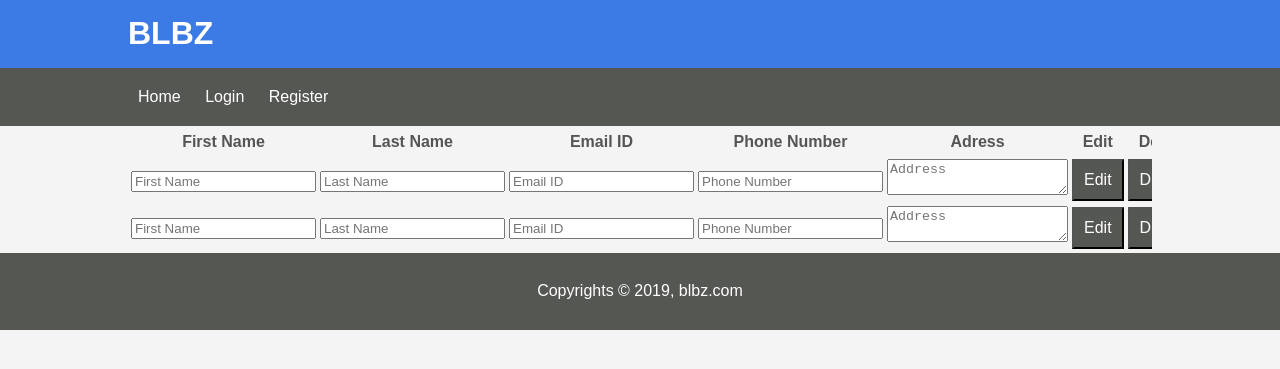
Repository: Kutty39/WebApps
Page: http://localhost/WebPageApp1/editpage.jsp
The author's editor kept a copy of each file at every save. The page is drawn from the files as they stood at one save, then again after the next save.
The browser window is 1280 px wide. The pictures show the whole page.
The page is served by Tomcat 9. Other server files are loaded and not shown.

Above is the page before, as saved 2019-12-09 13:49:06.

### LoginRegistrationPage/WebPageApp1/src/main/webapp/editpage.jsp
<%@ page language="java" contentType="text/html; charset=UTF-8"
pageEncoding="UTF-8"%>
<!DOCTYPE html>
<html>
<head>
<title>My Page</title>
<link href="CSS/mycss.css" rel="stylesheet" type="text/css">
<script
	src="https://ajax.googleapis.com/ajax/libs/jquery/3.4.1/jquery.min.js"></script>
<script src="JS/myjs.js"></script>
</head>
<body>
	<header class="head">
		<div class="container">
			<h1>BLBZ</h1>
		</div>
	</header>
	<nav class="nav-bar">
		<div class="container">
			<ul>
				<li><a class="button home">Home</a></li>
				<li><a class="button login">Login</a></li>
				<li><a class="button register">Register</a></li>
				<li><a class="button data" hidden>Date Tab</a></li>
				<li><a class="button userprof" hidden>User Profile</a></li>
				<li><a class="button logout" hidden>Log Out</a></li>
			</ul>
		</div>
	</nav>
	<section class="main">
		<div id="ajx" class="container">
			<table class="credtbl">
				<tr>
					<th>First Name</th>
					<th>Last Name</th>
					<th>Email ID</th>
					<th>Phone Number</th>
					<th>Adress</th>
					<th>Edit</th>
					<th>Delete</th>
				</tr>
				<tr>
					<td><input class="tr-1 td-1" type="text" name="fname"
						placeholder="First Name" required="required"></td>
					<td><input class="tr-1 td-2" type="text" name="lname"
						required="required" placeholder="Last Name"></td>
					<td>
						<p class="hd-lbl eid" hidden>*Mandatory field</p> <input
						class="tr-1 td-3" type="text" id="eid" name="eid"
						required="required" placeholder="Email ID">
					</td>
					<td>
						<p class="hd-lbl phn" hidden>*Mandatory field</p> <input
						class="tr-1 td-4" type="text" name="phn" required="required"
						placeholder="Phone Number">
					</td>
					<td><textarea class="tr-1 td-5" name="adrs"
							required="required" placeholder="Address"></textarea></td>
					<td><input class="tr-1 td-6 button" type="submit" value="Edit"></td>
					<td><input class="button tr-1 td-7" type="submit"
						value="Delete"></td>
				</tr>
				<tr>
					<td><input class="tr-1 td-1" type="text" name="fname"
						placeholder="First Name" required="required"></td>
					<td><input class="tr-1 td-2" type="text" name="lname"
						required="required" placeholder="Last Name"></td>
					<td>
						<p class="hd-lbl eid" hidden>*Mandatory field</p> <input
						class="tr-1 td-3" type="text" id="eid" name="eid"
						required="required" placeholder="Email ID">
					</td>
					<td>
						<p class="hd-lbl phn" hidden>*Mandatory field</p> <input
						class="tr-1 td-4" type="text" name="phn" required="required"
						placeholder="Phone Number">
					</td>
					<td><textarea class="tr-1 td-5" name="adrs"
							required="required" placeholder="Address"></textarea></td>
					<td><input class="tr-1 td-6 button" type="submit" value="Edit"></td>
					<td><input class="button tr-1 td-7" type="submit"
						value="Delete"></td>
				</tr>
			</table>
		</div>
	</section>
	<footer>
		<div class="container">Copyrights &copy; 2019, blbz.com</div>
	</footer>
</body>
</html>

### LoginRegistrationPage/WebPageApp1/src/main/webapp/CSS/mycss.css
@charset "UTF-8";
*{
	box-sizing: border-box;}
body {
	background-color: #f4f4f4;
	color: #555;
	font-family: Arial, Helvetica, sans-serif;
	font-size: 16px;
	line-height: 1.6em;
	margin: 0;
	background-color: #f4f4f4;
}

p.hd-lbl {
	padding: 0;
	margin: 0;
	width: 100%;
	font-family: monospace;
	line-height: 1rem;
}

.hd-lbl {
	color: red;
	font-size: 0.7rem;
}

.container {
	width: 80%;
	margin: auto;
	overflow: hidden;
}

.form-header {
	text-align: center;
	width: 100%;
	margin: auto;
	margin-bottom: 1em;
	padding: 1px;
	background-color: #f57900;
}

.form-container, .out-container {
	width: 50%;
	background-color: white;
	margin: auto;
	overflow: hidden;
	border: 1rem #ccc solid;
	padding: 2em;
}

.button {
	background-color: #555753;
	padding: 10px;
	color: white;
	font-size: 1em;
}

.my-form input[type="text"], .my-form textarea, .my-form input[type="password"]
	{
	width: 100%;
	padding: 0.5rem;
	margin-bottom: 0.5rem;
	font-size: 1em;
	box-sizing: border-box
}

.head {
	background: #3c7be5;
}

.head h1 {
	color: white;
}

.nav-bar {
	background-color: #555753;
}

.nav-bar ul {
	padding-left: 0;
	list-style: none;
	text-decoration: none;
	list-style: none;
}

.nav-bar li {
	display: inline;
}

.nav-bar a {
	text-decoration: none;
}

.nav-bar a:hover {
	background: white;
	color: black;
}

footer {
	background-color: #555753;
	color: white;
	text-align: center;
	padding: 2%;
}

@media ( max-width : 600px) {
	nav, article {
		width: 100%;
		height: auto;
	}
}
/* body{
	font: bold 100% Arial,Helvetica,sans-serif;
}
.btn {
	border-radius: 15px;
	padding: 5px;
	background: aqua;
}

.btn:hover {
	background-color: buttonface;
}

.box-1 {
	text-align:center;
	border-radius: 5px;
	background-color: #f2f2f2;
	padding: 5%;
	margin: auto;
	width: 80%
}
.box-1 h2{
	text-transform: capitalize;
	letter-spacing: 0.1em;
} */

### LoginRegistrationPage/WebPageApp1/src/main/webapp/JS/myjs.js
$(document).ready(function() {
	// this will bind the method for currently available elements
	$("a.button").click(loadpage);
	// this on method will bind the methods to future elements
	$("#ajx").on("blur","input[type!='submit']",($(this), mandChecker));
	$("#ajx").on("keyup","input[type!='submit']",($(this), mandChecker));
	$("#ajx").on("blur","#eid",check);
	$("#ajx").on("blur","#usr",check);
	$("#ajx").on("submit","#regForm",function(e){
		var s=true;
			$("p.hd-lbl").each(function() {
				if (this.style.display === "block") {
					s=false;
				}
			});
			if(s){
			$.ajax({
				type : "POST",
				url : "regestration",
				data :$("#regForm").serialize(),
				success : function(msg) {
					$("#ajx").html(msg);
				},
				dataType : "html"
			});
			}
			e.preventDefault();
	});


	$("#ajx").on("submit","#lgnForm",function(e){
		var s=true;
		$("#errormsg").hide();
		$("#successmsg").hide();
			$("p.hd-lbl").each(function() {
				if (this.style.display === "block") {
					s=false;
				}
			});
			if(s){
				$.post("login",$("#lgnForm").serialize(),function(msg) {
					if(msg.search("Login")<0){
						lognaction();}
						$("#ajx").html(msg);
					});
				}
		e.preventDefault();
	});


	$("#ajx").on("submit","#profForm",function(e){
		let s = true;
		$("p.hd-lbl").each(function() {
			if (this.style.display === "block") {
				s=false;
				return;
			}
		});
		if(s){
			$.post("update",$("#profForm").serialize(),function(msg) {
				alert(msg);
			});
		}
		 e.preventDefault();
	});

});

function lognaction(){
	$("a.button").each(function(){
		if($(this).attr('class').indexOf("home")<=0){
		$(this).toggle();}
	});
}
function logconfirm(){
	$("a.button.login").hide()
	$("a.button.register").hide();
	$("a.button.userprof").show();
	$("a.button.logout").show();
}


function loadpage() {
	var cls = $(this).attr("class").replace("button ","");
	console.log(cls.replace("button ",""));
	$.ajax({
		type : "post",
		url : "switchpage",
		data : {"page" : cls},
		success : function(msg) {
			if(cls=="logout"){
				lognaction();
			}
			$("#ajx").html(msg);
		},
		dataType : "html"
	});
}

function check(){
	var obj=$(this);
	if(obj!=null){
	$.ajax({
		type : "post",
		url : "validate",
		data : {"email":obj.val()},
		success : function(msg) {
			if(msg==="true"){
				if(obj.attr("name")==="eid"){
				$(".hd-lbl.eid").text("*Email alread exists.");
				$(".hd-lbl.eid").show();
				}if(obj.attr("name")==="username"){
					$(".hd-lbl.username").hide();
				}
			}else{
				if(obj.attr("name")==="username"){
					$(".hd-lbl.username").text("*Email is not exists. please register and come back");
					$(".hd-lbl.username").show();
				}else if(obj.attr("name")==="eid"){
					$(".hd-lbl.eid").hide();
				}
			}
		}
	});
	}
}

function mandChecker(element) {
	var val = element.target.value;
	var name = element.target.name;
	var obj = $(".hd-lbl." + name);
	if (val === "") {
		obj.show();
	} else {
		obj.show();
		var regx = "";
		if (name === "phn") {
			regx = /^\d{10}$/;
			if (regx.test(val)) {
				obj.hide();
			} else {
				obj.text("* Phone number should be 10 digit");
			}
		} else if (name === "eid") {
			regx = /^[a-zA-z\d._-]+\@[a-zA-Z\d.-]+\.[a-zA-Z]{2,4}$/;
			if (regx.test(val)) {
				obj.hide();
			} else {
				obj.text("* Please enter valid email.");
			}
		} else if (name === "pas") {
			regx = /^((?=.*[a-z])(?=.*[A-Z])(?!.*\s)(?=.*[@$!%*?&])).{8,15}$/;
			if (regx.test(val)) {
				obj.hide();
			} else {
				obj.show();
			}
		} else if (name === "conpas") {
			var ps = $("input[name='pas']").val();
			if (val === ps) {
				obj.hide();
			} else {
				obj.show();
			}
		} else {
			obj.hide();
		}
	}
}

After the next save:
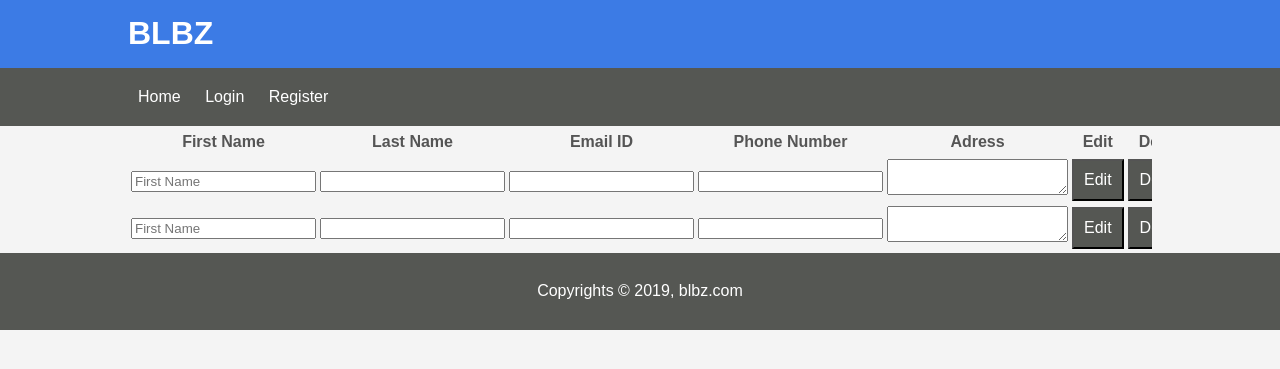
Saved 45 s later.
--- a/LoginRegistrationPage/WebPageApp1/src/main/webapp/editpage.jsp
+++ b/LoginRegistrationPage/WebPageApp1/src/main/webapp/editpage.jsp
@@ -43,19 +43,18 @@ pageEncoding="UTF-8"%>
 					<td><input class="tr-1 td-1" type="text" name="fname"
 						placeholder="First Name" required="required"></td>
 					<td><input class="tr-1 td-2" type="text" name="lname"
-						required="required" placeholder="Last Name"></td>
+						required="required"></td>
 					<td>
 						<p class="hd-lbl eid" hidden>*Mandatory field</p> <input
 						class="tr-1 td-3" type="text" id="eid" name="eid"
-						required="required" placeholder="Email ID">
+						required="required">
 					</td>
 					<td>
 						<p class="hd-lbl phn" hidden>*Mandatory field</p> <input
-						class="tr-1 td-4" type="text" name="phn" required="required"
-						placeholder="Phone Number">
+						class="tr-1 td-4" type="text" name="phn" required="required">
 					</td>
 					<td><textarea class="tr-1 td-5" name="adrs"
-							required="required" placeholder="Address"></textarea></td>
+							required="required"></textarea></td>
 					<td><input class="tr-1 td-6 button" type="submit" value="Edit"></td>
 					<td><input class="button tr-1 td-7" type="submit"
 						value="Delete"></td>
@@ -64,19 +63,18 @@ pageEncoding="UTF-8"%>
 					<td><input class="tr-1 td-1" type="text" name="fname"
 						placeholder="First Name" required="required"></td>
 					<td><input class="tr-1 td-2" type="text" name="lname"
-						required="required" placeholder="Last Name"></td>
+						required="required"></td>
 					<td>
 						<p class="hd-lbl eid" hidden>*Mandatory field</p> <input
 						class="tr-1 td-3" type="text" id="eid" name="eid"
-						required="required" placeholder="Email ID">
+						required="required">
 					</td>
 					<td>
 						<p class="hd-lbl phn" hidden>*Mandatory field</p> <input
-						class="tr-1 td-4" type="text" name="phn" required="required"
-						placeholder="Phone Number">
+						class="tr-1 td-4" type="text" name="phn" required="required">
 					</td>
 					<td><textarea class="tr-1 td-5" name="adrs"
-							required="required" placeholder="Address"></textarea></td>
+							required="required"></textarea></td>
 					<td><input class="tr-1 td-6 button" type="submit" value="Edit"></td>
 					<td><input class="button tr-1 td-7" type="submit"
 						value="Delete"></td>
